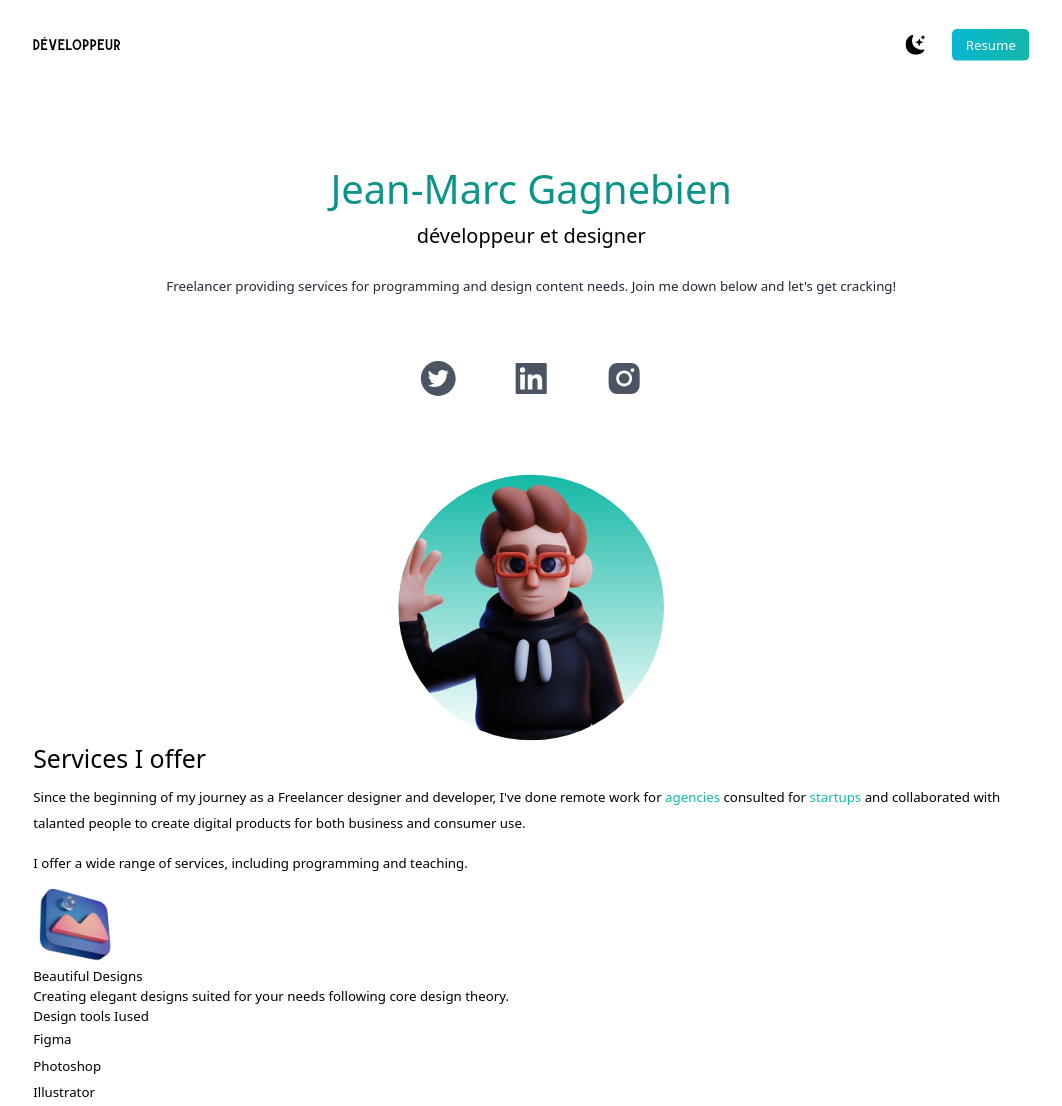
Repository: Jean-MarcG/portfoli_next
Page: /
An editor plug-in stored every save of this project. The page is shown before and after the next save, followed by the edit.
The browser window is 1280 px wide. The pictures show the whole page, at 83% of full size.
The project was rebuilt for these pictures with package versions that can differ from the ones it lists, and the page was loaded fresh each time. The framework's server and built-in components were replaced by stand-ins that run in the browser. Also part of the build but not shown: next.config.js.

Above is the page before, as saved 2023-04-03 11:05:06.

After the next save:
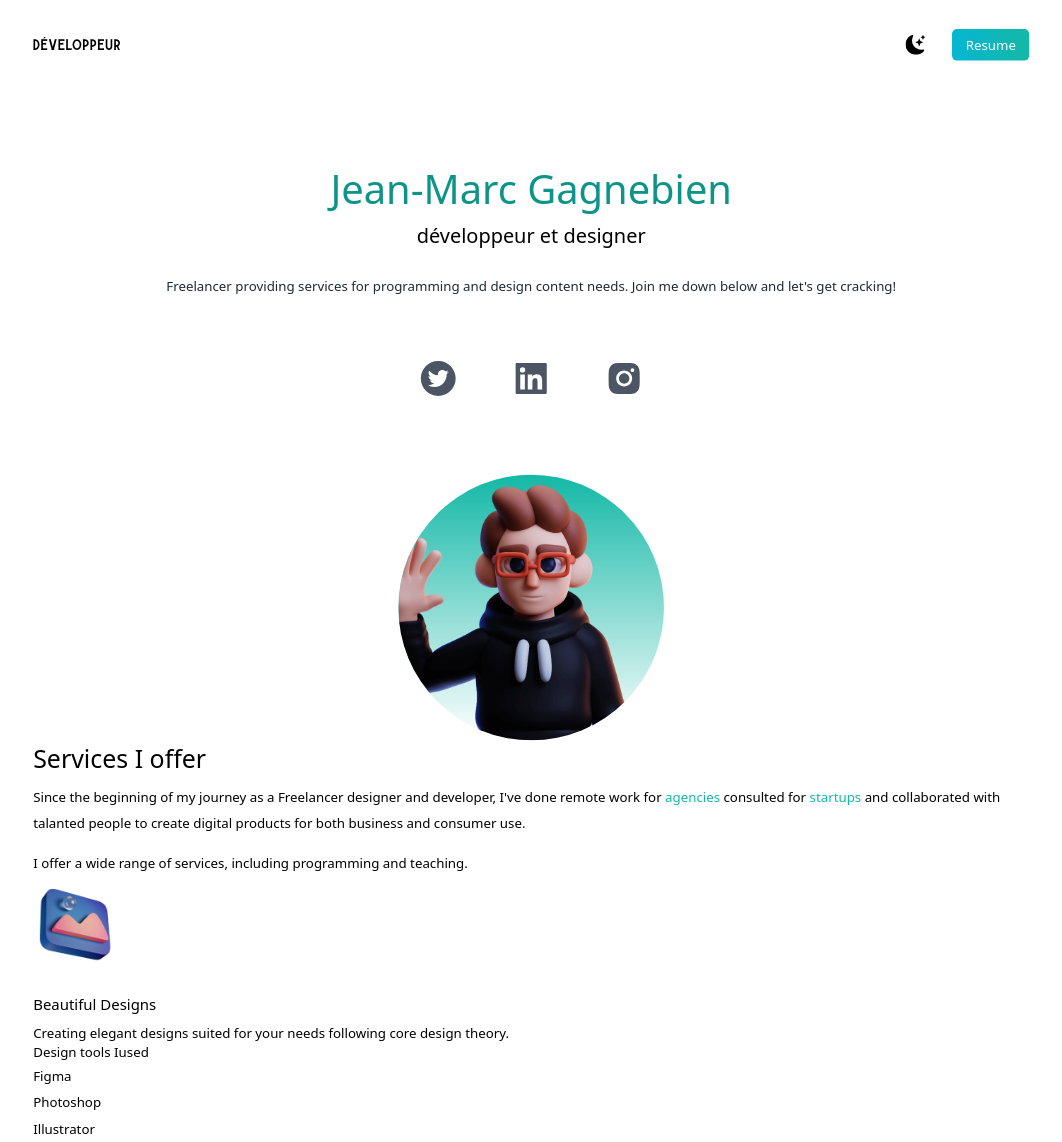
Saved 23 s later.
--- a/pages/index.js
+++ b/pages/index.js
@@ -60,7 +60,7 @@
           <div>
             <div>
               <Image src={design} alt='image design' width={100} height={100} />
-              <h3 className=''>Beautiful Designs</h3>
+              <h3 className='text-lg font-medium pt-8 pb-2'>Beautiful Designs</h3>
               <p>
                 Creating elegant designs suited for your needs following core design theory.
               </p>
